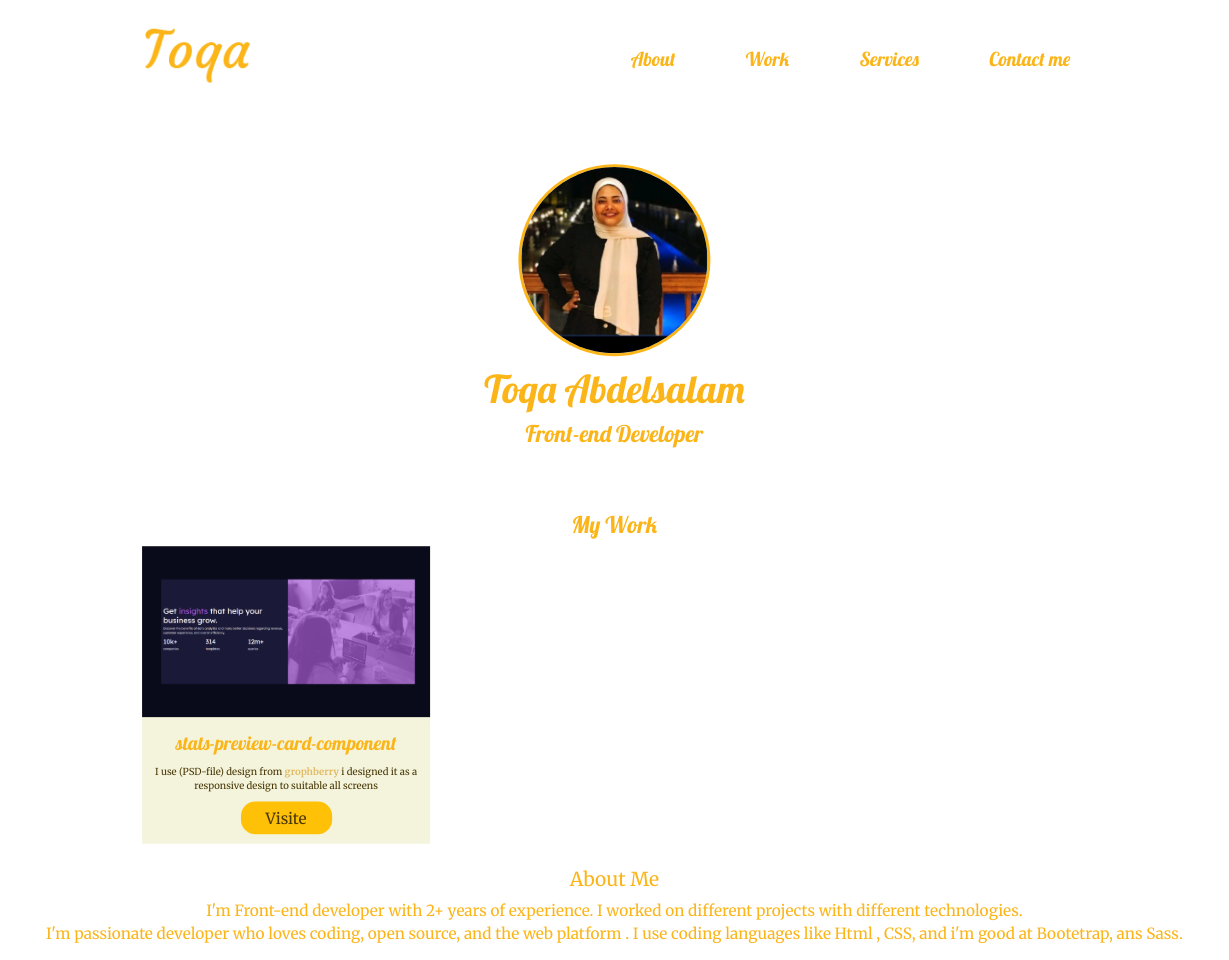
Repository: Toqa-25/portfolio
Page: index.html
The author's editor kept a copy of each file at every save. The page is drawn from the files as they stood at one save, then again after the next save.
The browser window is 1280 px wide. The pictures show the whole page, at 96% of full size.
Some web fonts or font styles are not loaded; a fallback is used.

Above is the page before, as saved 2021-10-31 23:43:41.

### index.html
<!DOCTYPE html>
<html lang="en">
<head>
    <meta charset="UTF-8">
    <meta http-equiv="X-UA-Compatible" content="IE=edge">
    <meta name="viewport" content="width=device-width, initial-scale=1.0">
    <title>Toqa Portfolio</title>
      <!-- bootstrap file -->
      <link rel="stylesheet" href="css/all.min.css">
      <link rel="stylesheet" href="css/bootstrap.css">
      <!-- css file -->
      <link rel="stylesheet" href="css/style.css">
      <!-- fonts -->
      <link rel="preconnect" href="https://fonts.googleapis.com">
<link rel="preconnect" href="https://fonts.gstatic.com" crossorigin>
<link href="https://fonts.googleapis.com/css2?family=Lobster&family=Otomanopee+One&display=swap" rel="stylesheet">
<link rel="preconnect" href="https://fonts.googleapis.com">
<link rel="preconnect" href="https://fonts.gstatic.com" crossorigin>
<link href="https://fonts.googleapis.com/css2?family=Merriweather:ital,wght@0,300;0,400;0,700;0,900;1,300;1,400;1,700;1,900&display=swap" rel="stylesheet">
<link rel="preconnect" href="https://fonts.googleapis.com">
<link rel="preconnect" href="https://fonts.gstatic.com" crossorigin>
<link href="https://fonts.googleapis.com/css2?family=Bebas+Neue&family=Oswald:wght@200;300;400;500;600;700&display=swap" rel="stylesheet">
</head>
<body>
        <!-- header section -->
    <header class="pad">
       <div class="container">
         <div class="header-content">
           <div class="header-logo">
             <img src="images/logo.png" alt="logo">
           </div>
           <div class="bar">
             <svg xmlns="http://www.w3.org/2000/svg" width="35" height="35" fill="#fbb519" class="bi bi-list" viewBox="0 0 16 16">
               <path fill-rule="evenodd" d="M2.5 12a.5.5 0 0 1 .5-.5h10a.5.5 0 0 1 0 1H3a.5.5 0 0 1-.5-.5zm0-4a.5.5 0 0 1 .5-.5h10a.5.5 0 0 1 0 1H3a.5.5 0 0 1-.5-.5zm0-4a.5.5 0 0 1 .5-.5h10a.5.5 0 0 1 0 1H3a.5.5 0 0 1-.5-.5z"/>
             </svg>
              <ul class="hidden-list unlist list">
              <li>About</li>
              <li>Work</li>
              <li>Services</li>
              <li>Contact me</li>
              <li>Reviews</li>
            </ul>
           </div>
           <div class="header-nav">
             <ul class="list unlist">
                 <li>About</li>
                 <li>Work</li>
                 <li>Services</li>
                 <li>Contact me</li>
                 <!-- <li>Reviews</li> -->
             </ul>

           </div>
         </div>
         </div>
        </header><!-- end header section -->
        <!-- information  section -->
    <section  class="inform pad">
      <div class="main-inform " role="main">
        <div class="inform-info">
        <img src="images/toqa.jpg" alt=""><br>
        <h1>Toqa Abdelsalam</h1>
        <h4>Front-end Developer</h4>
      </div>
      </div>
    </section> <!-- end information  section -->

      <!-- my-work  section -->
      <section class="pad work">
        <div class="container">
          <h4 class="work-head">My Work</h4>
          <div class="work-content">
      <div class="work-card" role="menu">
        <div class="card-img">
          <img src="images/my-work/preview-card/desktop_stats-preview-card-component-main_.png" alt="">
        </div>
        <div class="card-info">
          <h5 class="card-title">stats-preview-card-component </h5>
          <p class="card-info-text"> I use  (PSD-file) design from <span> <a href="https://www.frontendmentor.io/">grophberry</a></span>
        i designed it as a responsive design to suitable all screens
         </p>
      <button class="card-button"><a href="https://toqa-25.github.io/stats-preview-card-component-main/">Visite</a></button>
        </div>
 </div>
      <!-- <div class="project card" role="menu">
        <img src="images/toqa-25.github.io_3-cards-component3_.png" alt="">
        <p>3-card-component
      I use (PSD-file) design from <span> <a href="https://www.frontendmentor.io/">grophberry</a></span>
  i designed it as a responsive design to suitable all screens <br>
  <button><a href="https://toqa-25.github.io/3-cards-component/">Visite</a></button>
 </p>
 </div>
      <div class="project card" role="menu">
          <img src="images/destop-luxestate - Copy (1).png" alt="">
          <p>Luxestate is Real-Estate Company
        I use Luxestate (PSD_file) design from <span> <a href="https://www.graphberry.com/">grophberry</a></span>
    i designed it as a responsive design to suitable all screens <br>
    <button><a href="https://toqa-25.github.io/luxstate-project-/">Visite</a></button>
   </p>
   </div>
      <div class="project card" role="menu">
          <img src="images/web_design.png" alt="">
          <p>Doop is an advertising-agency .
        I use Doop (PSD_file) design from <span> <a href="https://www.graphberry.com/">grophberry</a></span>
    i designed it as a responsive design to suitable all screens <br>
    <button><a href="https://toqa-25.github.io/simply-agency/">Visit </a></button>
   </p>
   </div>
      <div class="project card" role="menu">
        <img src="images/Vibo_App(desktop)_toqa-25.github.io2.png" alt="">
          <p>Vibo is an App-Development company
        I use Vibo PSD design from <span> <a href="https://www.graphberry.com/">grophberry</a></span>
    i designed it as a responsive design to suitable all screens <br>
    <button><a href="https://toqa-25.github.io/vibo-app/">Visite</a></button>
   </p>
   </div>
   <div class="project card" role="menu">
    <img src="images/toqa-25.github.io_landing-meeting-page_desktop.png" alt="">
    <p>Metting landing page
  I use  design from <span> <a href="https://www.frontendmentor.io/">grophberry</a></span>
i designed it as a responsive design to suitable all screens <br>
<button><a href="https://toqa-25.github.io/landing-meeting-page/">Visite</a></button>
</p>
</div> -->
   </div>
   </div>
      </section>

      <section class="section about">

          <h5>About Me</h5>
      <p> I'm Front-end developer with 2+ years of experience. I worked on different projects with different technologies. <br>
       I'm passionate developer who loves coding, open source, and the web platform .
       I use coding languages like Html , CSS, and i'm good at Bootetrap, ans Sass. </p>
      </section>

</body>
</html>

### css/style.css
/*
    public style
***********************
*/
:root{
    --main-color:#fbb519;
    --section-padding:30px;
}
* , *:after , *:before{
    box-sizing: border-box;
    margin: 0;
    padding: 0;
}
body{
    font-family: 'Merriweather', serif;
    color:var(--main-color);
}
.pad{
    padding: var(--section-padding) 0;
}
.container
{
  width: 80%;
  margin:auto;
  padding: 0 20px;
}
 .pad h5{
    text-align: center;
    font-family: 'Lobster';
    /* margin-bottom: 15px; */
 }
 .unlist{
     list-style: none;
 }
 a{
     text-decoration: none;
 }
/*
    header style
***********************
*/
 header{
    font-family: 'Lobster', cursive;
 }
 .header-content{
    display: flex;
}
.header-logo{
    width:50%;
}
.bar{
    position: relative;
    display: none;
    margin: auto 20px;
     transition: .2s;
     cursor: pointer;
     width: 50%;
    /* text-align: right; */
    justify-content: flex-end;
}
 .header-nav{
   min-width: 50%;
    display: flex;
    justify-content: flex-end;
 }
 .header-nav .list{
     width: 100%;
     display: flex;
     justify-content: space-between;
     align-items: center;
     padding: 17px;
 }
  .list li{
     font-size: 20px;
     transition: .2s;
     -webkit-transition: .2s;
     -moz-transition: .2s;
     -ms-transition: .2s;
     -o-transition: .2s;
     cursor: pointer;
     margin-bottom: 2px;
    }
     .list li:hover{
        border-bottom: 2px solid var(--main-color);
    }
    .hidden-list{
         text-align: center;
         position: absolute;
         width: 120px;
         top: 3px;
         right: -70px;
         background-color: #f5f5dc91;
         padding: 10px;
         border-radius: 25px;
         -webkit-border-radius: 25px;
         -moz-border-radius: 25px;
         -ms-border-radius: 25px;
         -o-border-radius: 25px;
         transition: .2s;
         -webkit-transition: .2s;
         -moz-transition: .2s;
         -ms-transition: .2s;
         -o-transition: .2s;
         visibility: hidden;
         display: none;
}
/* media quary for header*/
 @media (max-width: 991px){
   .header-nav {
      display: none;
  }
  .bar{
      display: flex;
  }
  .bar:hover .hidden-list{
    visibility: visible;
    display: block;
  }
}
/*
    my-information&image style
  ********************************
 */
 .main-inform{
     color: var(--main-color);
    text-align: center;
    height: 300px;
    display: flex;
    align-items: center;
    justify-content: center;
    font-family: 'Lobster', cursive;
}
.main-inform img{
    width: 200px;
    height: 200px;
    border:3px solid;
    border-radius: 50%;
    -webkit-border-radius: 50%;
     -moz-border-radius: 50%;
     -ms-border-radius: 50%;
     -o-border-radius: 50%;
     margin-bottom: 10px;
    }
/*
    my-work style
********************************
*/
.work{
    text-align: center;
}
 .work-content{
    display: grid;
    grid-template-columns:repeat(1,300px);
    gap:10px;
 }
 .work .work-head{
    text-align: center;
    font-family: 'Lobster';
 }
 .work-card{
 background-color: #f5f5dce8;
 }
 .card-img{
     width:100%;
     height:60%;
     background-color: #f5f5dce8;
 }
 .card-img img{
     max-width:100%;
     transition: .2s;
     -webkit-transition: .2s;
     -moz-transition: .2s;
     -ms-transition: .2s;
     -o-transition: .2s;
}

 .card-img img:hover{
   transform: scale(1.1);
   -webkit-transform: scale(1.1);
   -moz-transform: scale(1.1);
   -ms-transform: scale(1.1);
   -o-transform: scale(1.1);
}
 .card-info{
     text-align: center;
     width: 100%;
    background-color: #f5f5dce8;
    padding: 10px;
 }
 .card-title{
 }

.card-info-text{
    margin-bottom: 1rem;
    font-size: 10px;
    padding: 2px;
    margin: 0px;
    margin-top: 0px;
    width: 100%;
    height: 100%;
    text-align: center;
    color:#483705;
}
.card-info-text a{
    text-decoration: none;
    color: #e2bc66;
    font-weight: bolder;
}
.card p:hover{

}

.card-button{
    width: 95px;
    text-align: center;
    background-color: #ffc107;
    border: none;
    border-radius: 15px;
    padding: 5px;
    margin-top: 7px;
    transition: .2s;
    -webkit-transition: .2s;
    -moz-transition: .2s;
    -ms-transition: .2s;
    -o-transition: .2s;
}
.card-button:hover{
     transform:scale(1,1) ;
     -webkit-transform:scale(1,1) ;
     -moz-transform:scale(1,1) ;
     -ms-transform:scale(1,1) ;
     -o-transform:scale(1,1) ;
}
.card-button a{
    text-decoration: none;
    color: #483705;
}

.about{
    text-align: center;

}

/*
media quary style
***************************************
//extra small devices @media (maxwidth:575px)
//small devices @media (maxwidth:767px)
//medium devices @media (maxwidth:991px)
//large devices @media (maxwidth:1199px)
*/
/* .card {
    width: 100%;
    height: 100%;
    position: relative;
    display: flex;
    flex-direction: column;
    min-width: 0;
    word-wrap: break-word;
    background-color: black;
    background-clip: border-box;
    border: 4px solid var(--main-color);
    border-radius: 0.3rem;
}

.card img{
    max-width:100%;
    max-height: 150px;
    border-bottom: 3px solid;
} */

Loaded but not shown: css/all.min.css (library); css/bootstrap.css (library)

After the next save:
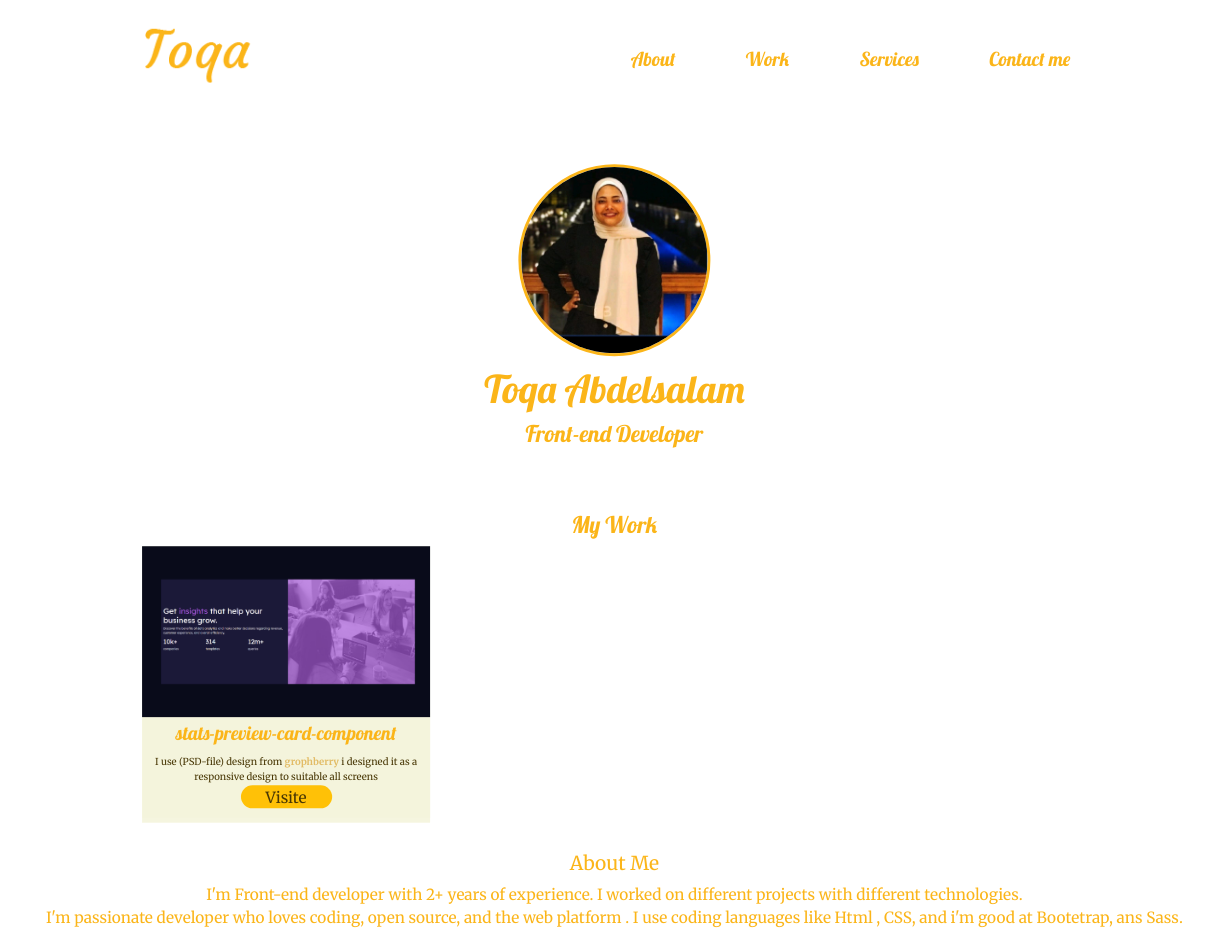
Saved 20 s later.
--- a/css/style.css
+++ b/css/style.css
@@ -216,8 +216,8 @@ body{
     background-color: #ffc107;
     border: none;
     border-radius: 15px;
-    padding: 5px;
-    margin-top: 7px;
+    /* padding: 5px;
+    margin-top: 7px; */
     transition: .2s;
     -webkit-transition: .2s;
     -moz-transition: .2s;
